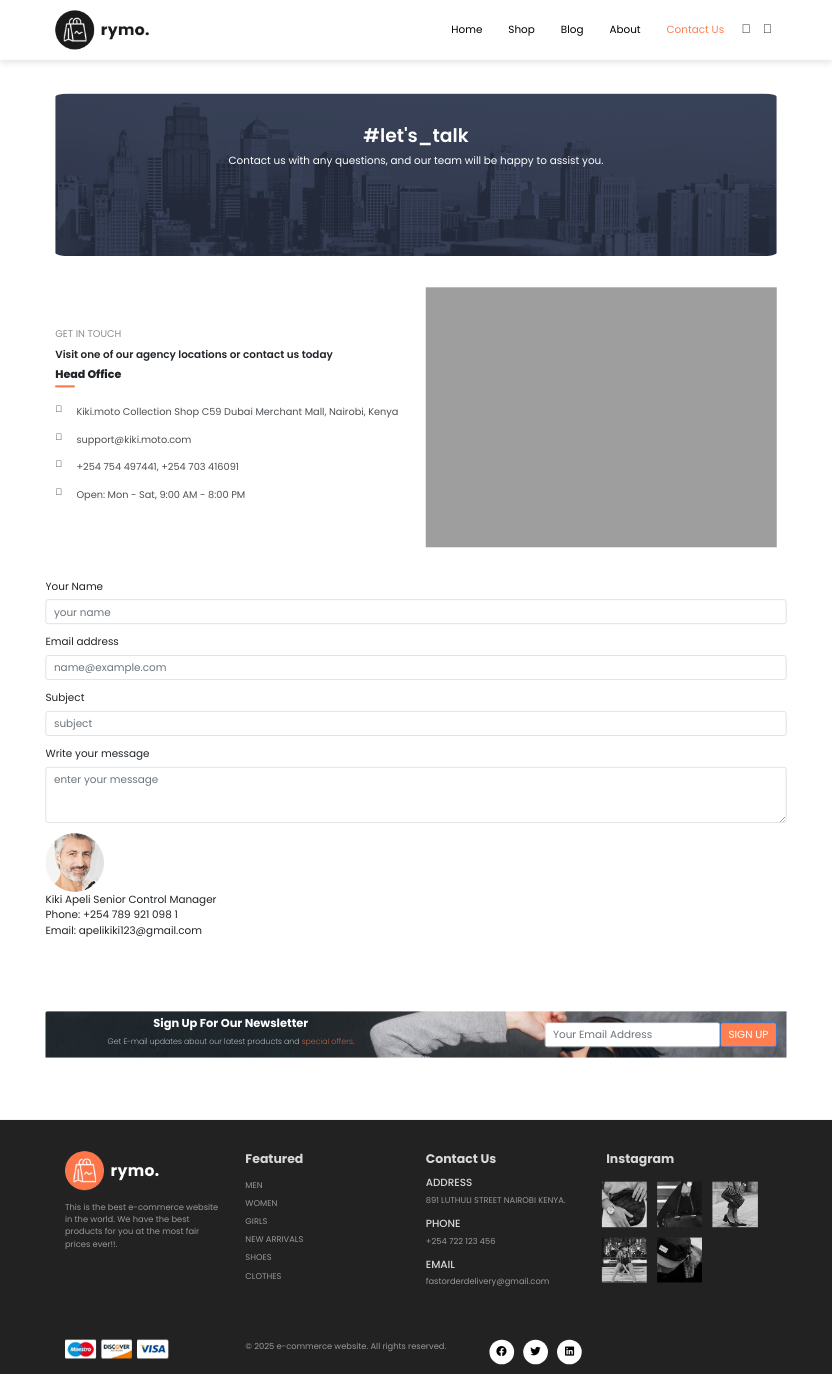
Repository: peter417waweru/e-commerce-UI
Page: contact.html
An editor plug-in stored every save of this project. The page is shown before and after the next save, followed by the edit.
The browser window is 1280 px wide. The pictures show the whole page, at 65% of full size.
Pictures or frames that could not be fetched are drawn as grey boxes. Some web libraries are served in a nearby version.

Above is the page before, as saved 2025-02-10 01:14:23.
Console error: TypeError: Cannot set properties of undefined (setting 'onclick')

After the next save:
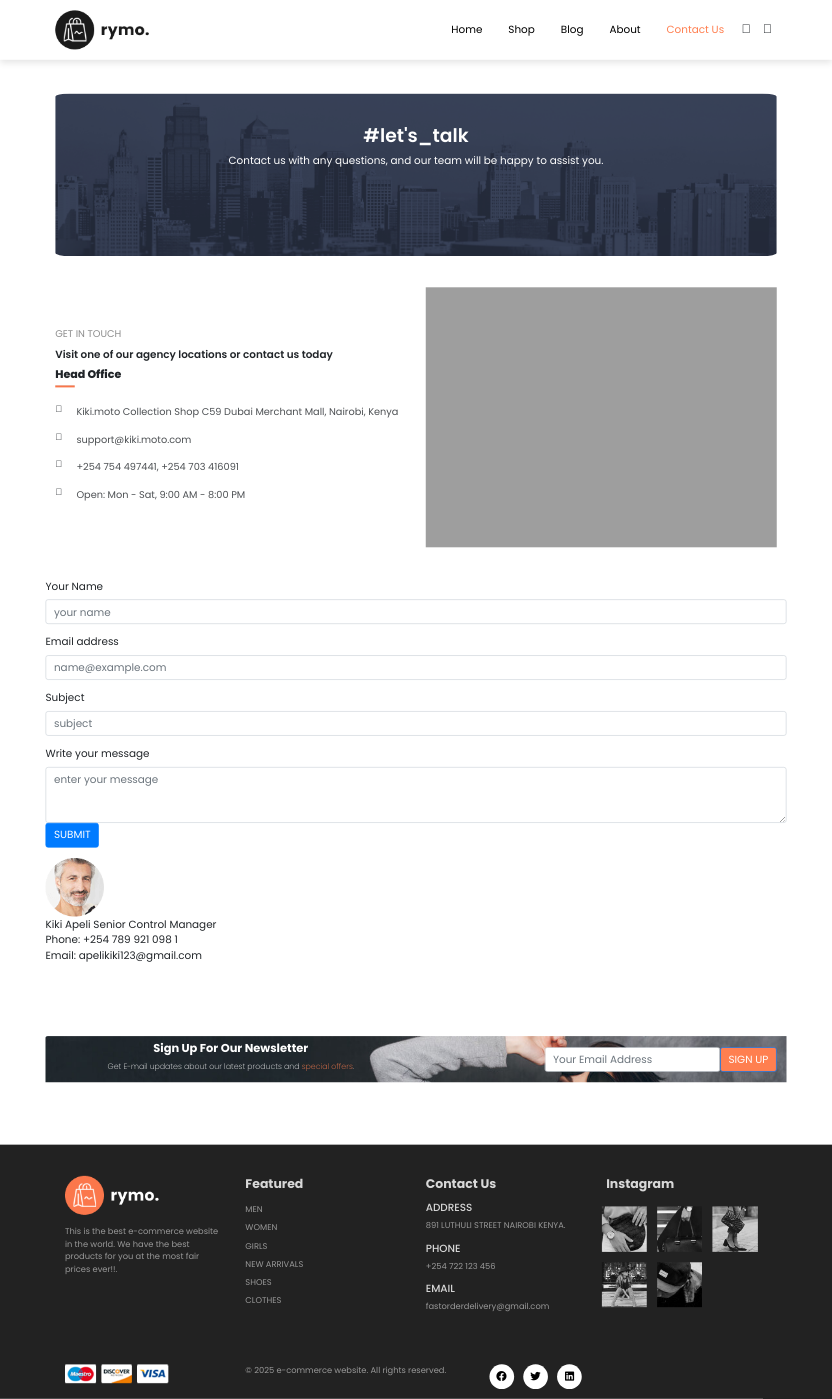
Saved 2 min 15 s later.
--- a/contact.html
+++ b/contact.html
@@ -114,6 +114,7 @@
                     <div class="mb-3">
                         <label for="exampleFormControlTextarea1" class="form-label">Write your message</label>
                         <textarea class="form-control" id="exampleFormControlTextarea1" rows="3" placeholder="enter your message"></textarea>
+                        <button type="button" class="btn btn-primary">Submit</button>
                     </div>
                 </div>
                 <div class="members">
